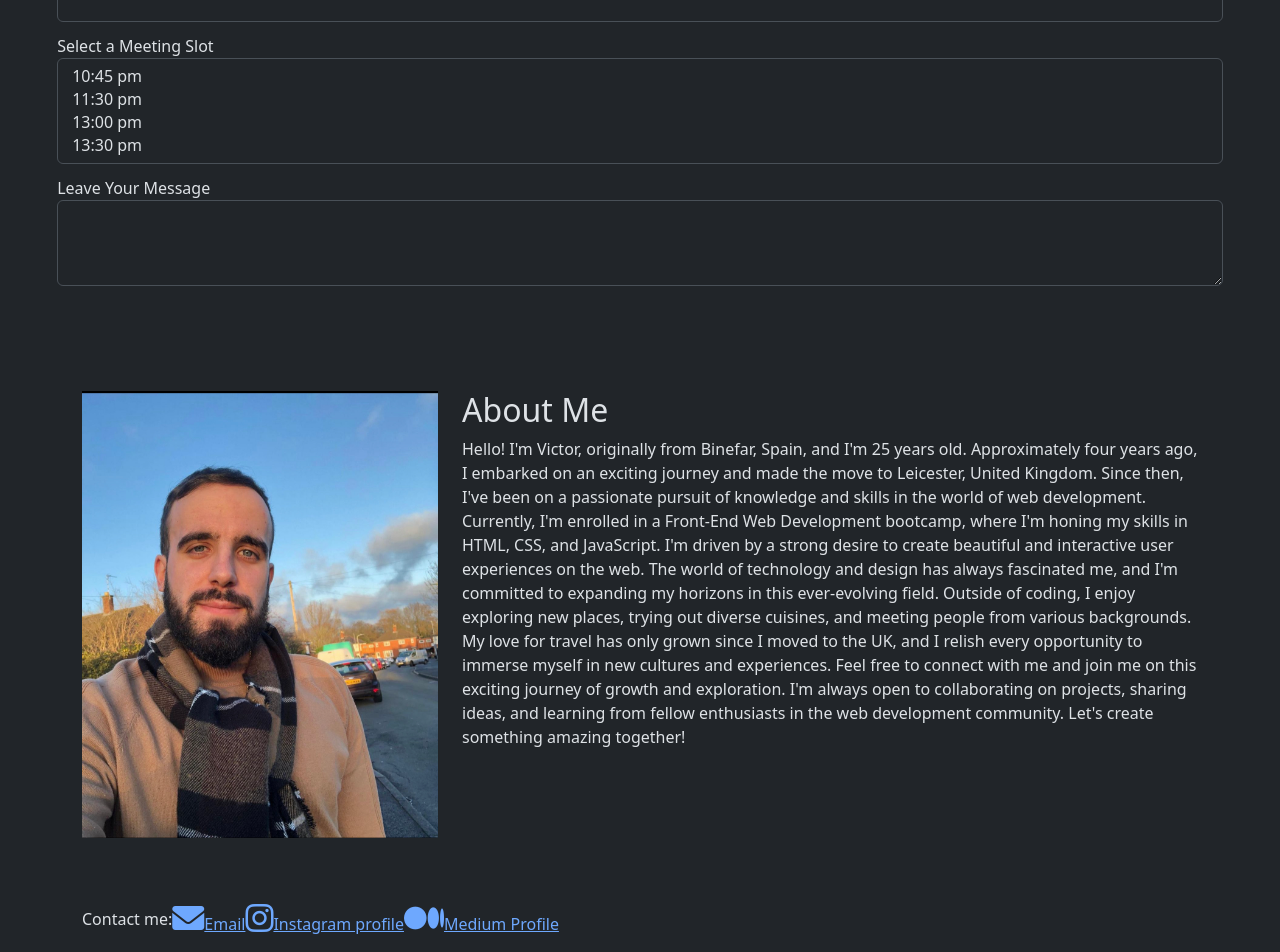
Repository: uvee35/Bootstrap-Portfolio
Page: index.html
An editor plug-in stored every save of this project. The page is shown before and after the next save, followed by the edit.
The browser window is 1280 px wide. The pictures show the part of the page from y = 1751 to 2703 px (the page is 2703 px tall).
A picture or video elsewhere on the page could not be fetched, so the positions and the page height are approximate.

Above is the page before, as saved 2023-12-18 21:23:02.

After the next save:
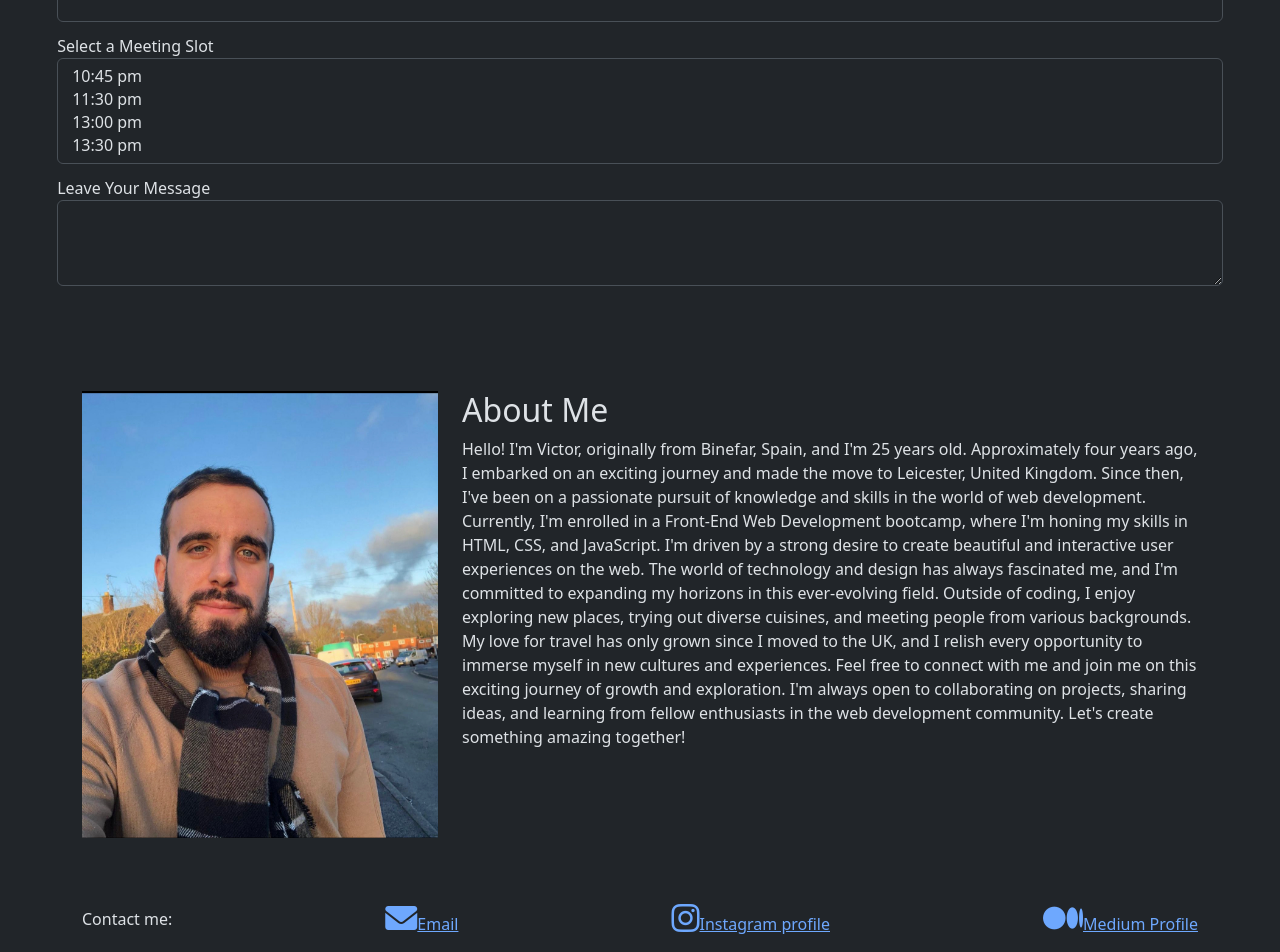
Saved 8 s later.
--- a/css/style.css
+++ b/css/style.css
@@ -56,7 +56,7 @@
 }
 .footer__contact-info {
   display: flex;
-  justify-content: flex-start;
+  justify-content: space-between;
   align-items: center;
   width: 100%;
 }
